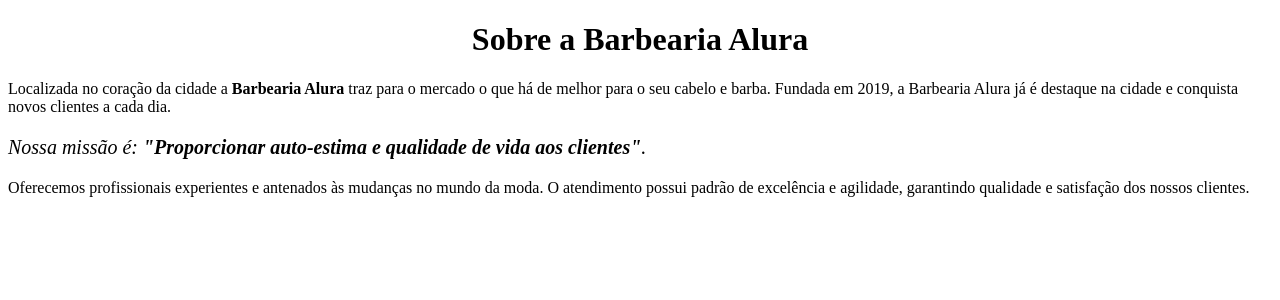
Repository: RenatoCCS/Barbearia_Alura
Page: index.html
The author's editor kept a copy of each file at every save. The page is drawn from the files as they stood at one save, then again after the next save.
The browser window is 1280 px wide. The pictures show the whole page.

Above is the page before, as saved 2022-10-17 19:57:13.

After the next save:
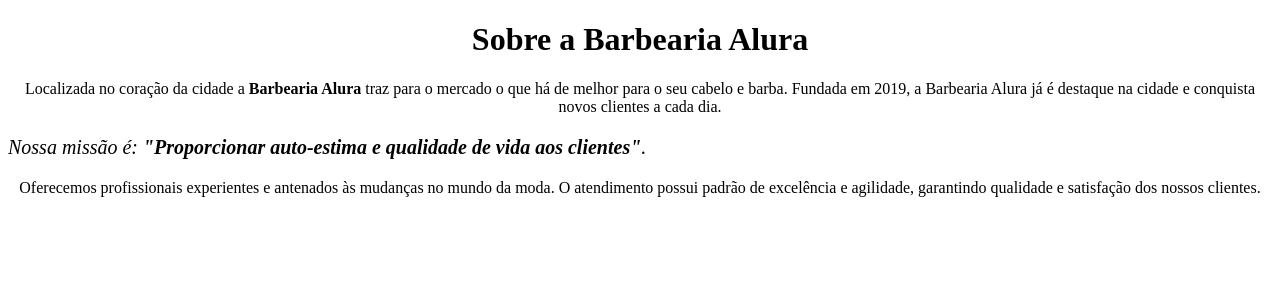
Saved 42 s later.
--- a/index.html
+++ b/index.html
@@ -9,7 +9,7 @@
   <body>
     <h1 style="text-align: center">Sobre a Barbearia Alura</h1>
 
-    <p>
+    <p style="text-align: center">
       Localizada no coração da cidade a <strong>Barbearia Alura</strong> traz
       para o mercado o que há de melhor para o seu cabelo e barba. Fundada em
       2019, a Barbearia Alura já é destaque na cidade e conquista novos clientes
@@ -25,7 +25,7 @@
       </em>
     </p>
 
-    <p>
+    <p style="text-align: center">
       Oferecemos profissionais experientes e antenados às mudanças no mundo da
       moda. O atendimento possui padrão de excelência e agilidade, garantindo
       qualidade e satisfação dos nossos clientes.
